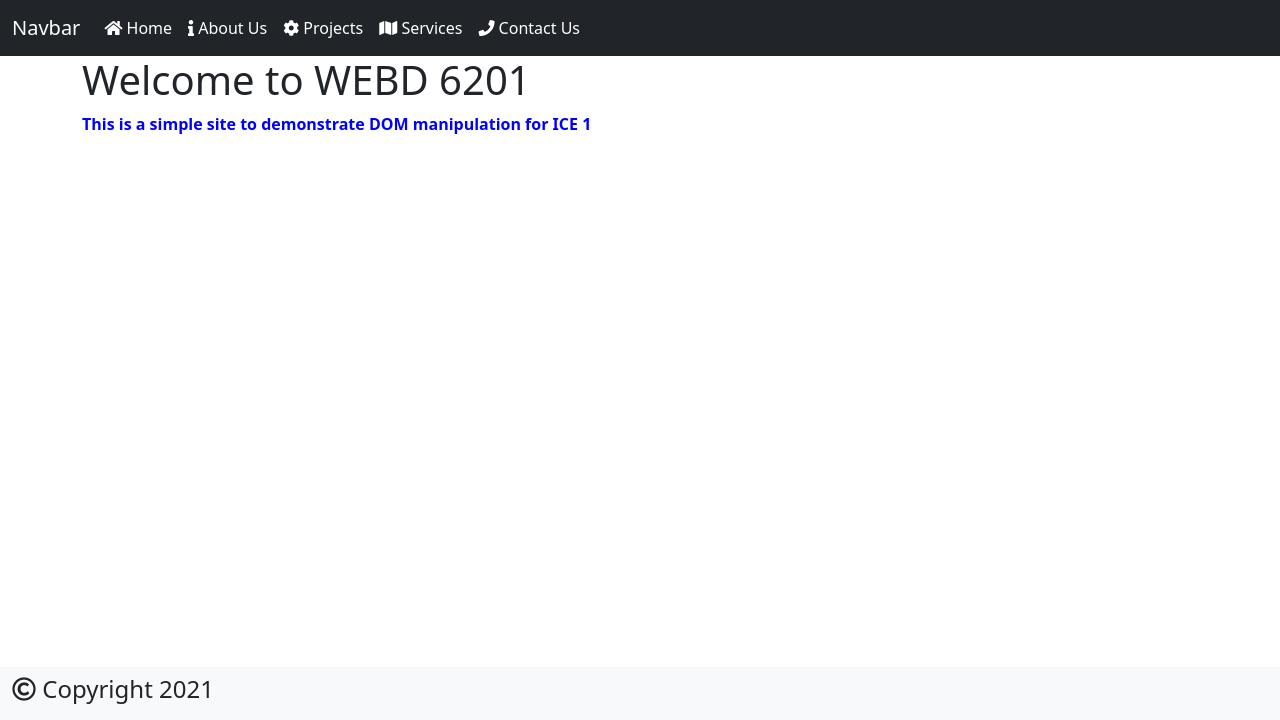
Repository: spencernewellevans/WEBD6201-ICE01
Page: index.html
These files come from the project's save history. The page is drawn as it stood at one moment and after the next save; the edit follows.
The browser window is 1280 px wide. The pictures show the whole page.

Above is the page before, as saved 2021-01-22 15:36:29.

After the next save:
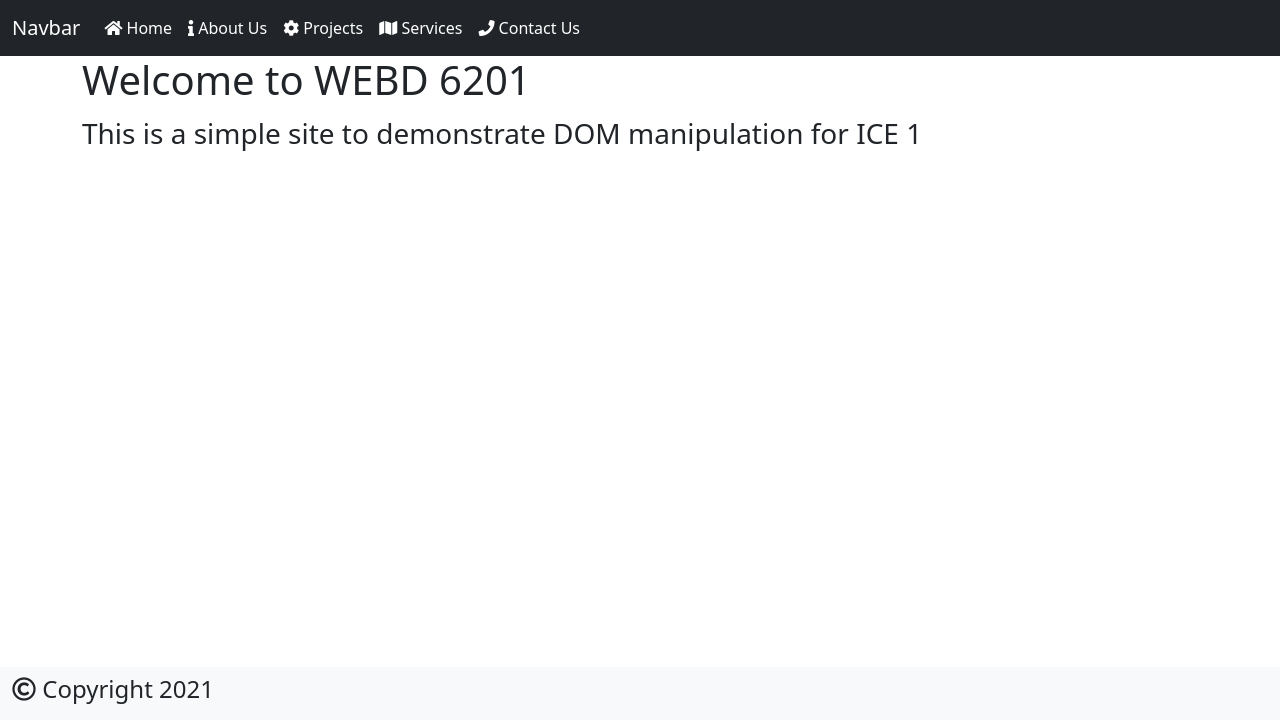
Saved 81 s later.
--- a/scripts/app.js
+++ b/scripts/app.js
@@ -18,7 +18,7 @@
         let paragraphOneElement = document.getElementById("paragraphOne");
 
         paragraphOneElement.textContent = paragraphOneText;
-        paragraphOneElement.style = "color: blue; font-weight: bold"
+        paragraphOneElement.className = "fs-3 "
     }
 
     window.addEventListener("load", Start);
